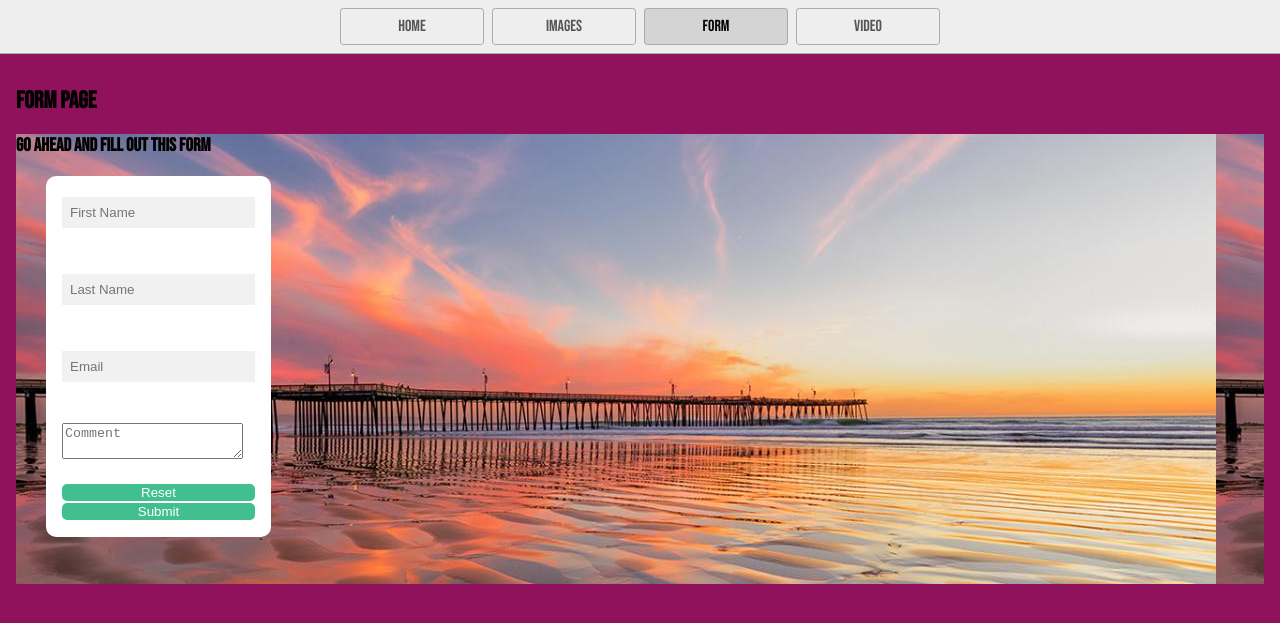
Repository: sebas6292/palmTree-Final
Page: Form.html
The author's editor kept a copy of each file at every save. The page is drawn from the files as they stood at one save, then again after the next save.
The browser window is 1280 px wide. The pictures show the whole page.

Above is the page before, as saved 2023-05-28 13:14:14.

### Form.html
<!DOCTYPE html>
<html lang="en">
  <head>
    <title>Home</title>
    <meta charset="UTF-8" />
    <meta name="viewport" content="width=device-width" />

    <link rel="preconnect" href="https://fonts.googleapis.com">
    <link rel="preconnect" href="https://fonts.gstatic.com" crossorigin>
    <link href="https://fonts.googleapis.com/css2?family=Bebas+Neue&display=swap" rel="stylesheet">
    <link rel="stylesheet" href="styles.css" />

  </head>
  <body>
    <nav>
      <a href="/Home.html">Home</a>
      <a href="/Images.html">Images</a>
      <a href="/Form.html" aria-current="page">Form</a>
      <a href="/Video.html">Video</a>
    </nav>
    <main>
      <h1>Form page</h1>
      <div class="bg-img">
      <h3>Go ahead and fill out this form</h3>
      <form action="/Home.html" target="_blank" class="form-container">

        <input type="text" id="fname" name="fname" placeholder="First Name"><br>
        <br>
        <input type="text" id="lname" name="lname" placeholder="Last Name" ><br>
        <br>
        <input type="text" id="email" name="email" placeholder="Email"><br>
        <br>

        <textarea id="comment" placeholder='Comment' name="comment" ></textarea>
        <br>
        <br>
        <input class="btn" type="reset" value="Reset"> <br>
        <input class="btn" type="submit" value="Submit">
      </form>
    </div>
    </main>
  </body>
</html>

### styles.css
* {
    box-sizing: border-box;
  }

  body {
    margin: 0;
    font-family: 'Bebas Neue', sans-serif;
    color: black;
    background-color: white;
  }
  @keyframes body {
    0%   {background-color: white;}
    25%  {background-color: brown}
    50%  {background-color: purple;}
    100% {background-color: black;}
  }
  body {
    background-color: white;
    animation-name: body;
    animation-duration: 15s;
  }

  nav {
    display: flex;
    flex-wrap: wrap;
    align-items: center;
    justify-content: center;
    padding: 0.5rem;
    gap: 0.5rem;
    border-bottom: solid 1px #aaa;
    background-color: #eee;
  }

  nav a {
    display: inline-block;
    min-width: 9rem;
    padding: 0.5rem;
    border-radius: 0.2rem;
    border: solid 1px #aaa;
    text-align: center;
    text-decoration: none;
    color: #555;
  }

  nav a[aria-current='page'] {
    color: #000;
    background-color: #d4d4d4;
  }

  main {
    padding: 1rem;
  }

  h1 {
    font-weight: bold;
    font-size: 1.5rem;
  }

  .bg-img {
    background-image: url('/Assets/pier2.jpeg');
    height: 450px;
  }

  .form-container {
    position: absolute;
    margin: 0 0 0 30px;
    max-width: 300px;
    padding: 16px;
    background-color: white;
    border-radius: 10px;
  }
  input[type=text], input[type=password], input[id=comment] {
    width: 100%;
    padding: 8px;
    margin: 5px 0 22px 0;
    border: none;
    background: #f1f1f1;
  }
  .btn {
    background-color: #04AA6D;
    color: white;
    /* padding: 8px 10px; */
    border: none;
    cursor: pointer;
    border-radius: 5px;
    width: 100%;
    opacity: 0.75;
  }

  .btn:hover {
    opacity: 1;
  }
  /* .btn:hover {
    background-color: whitesmoke;
    color: red
  }

  img:hover {
    width: 300px;
  }
   */

After the next save:
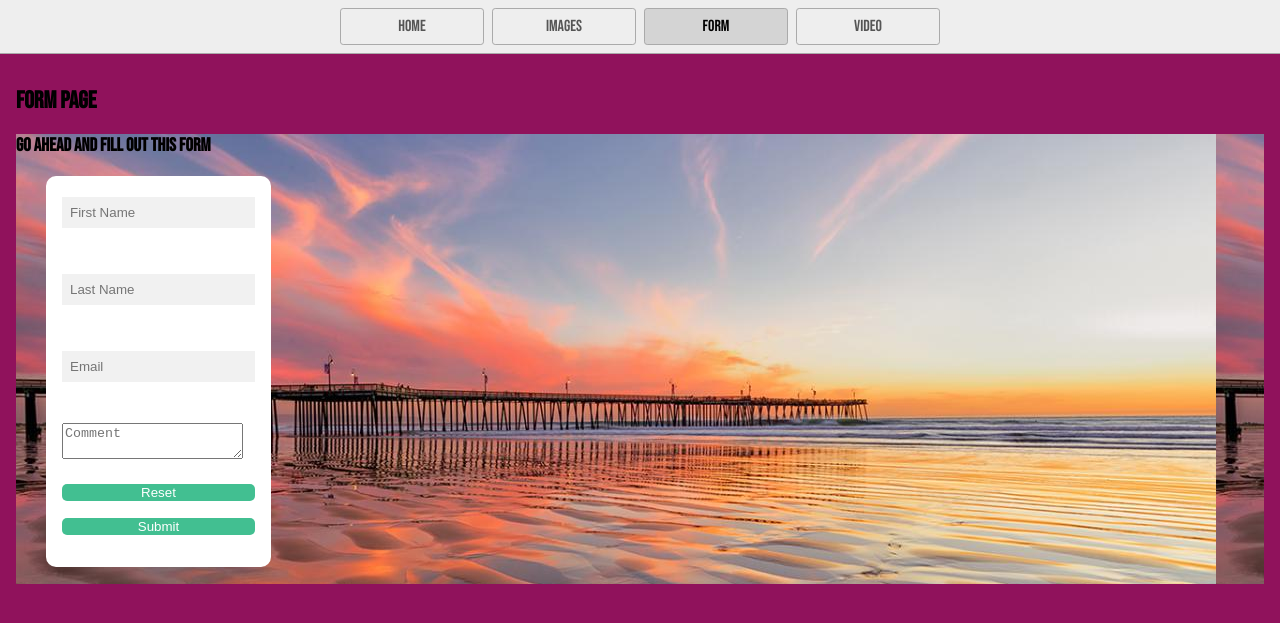
Saved 90 s later.
--- a/styles.css
+++ b/styles.css
@@ -79,7 +79,7 @@
   .btn {
     background-color: #04AA6D;
     color: white;
-    /* padding: 8px 10px; */
+    margin-bottom: 1rem ;
     border: none;
     cursor: pointer;
     border-radius: 5px;
